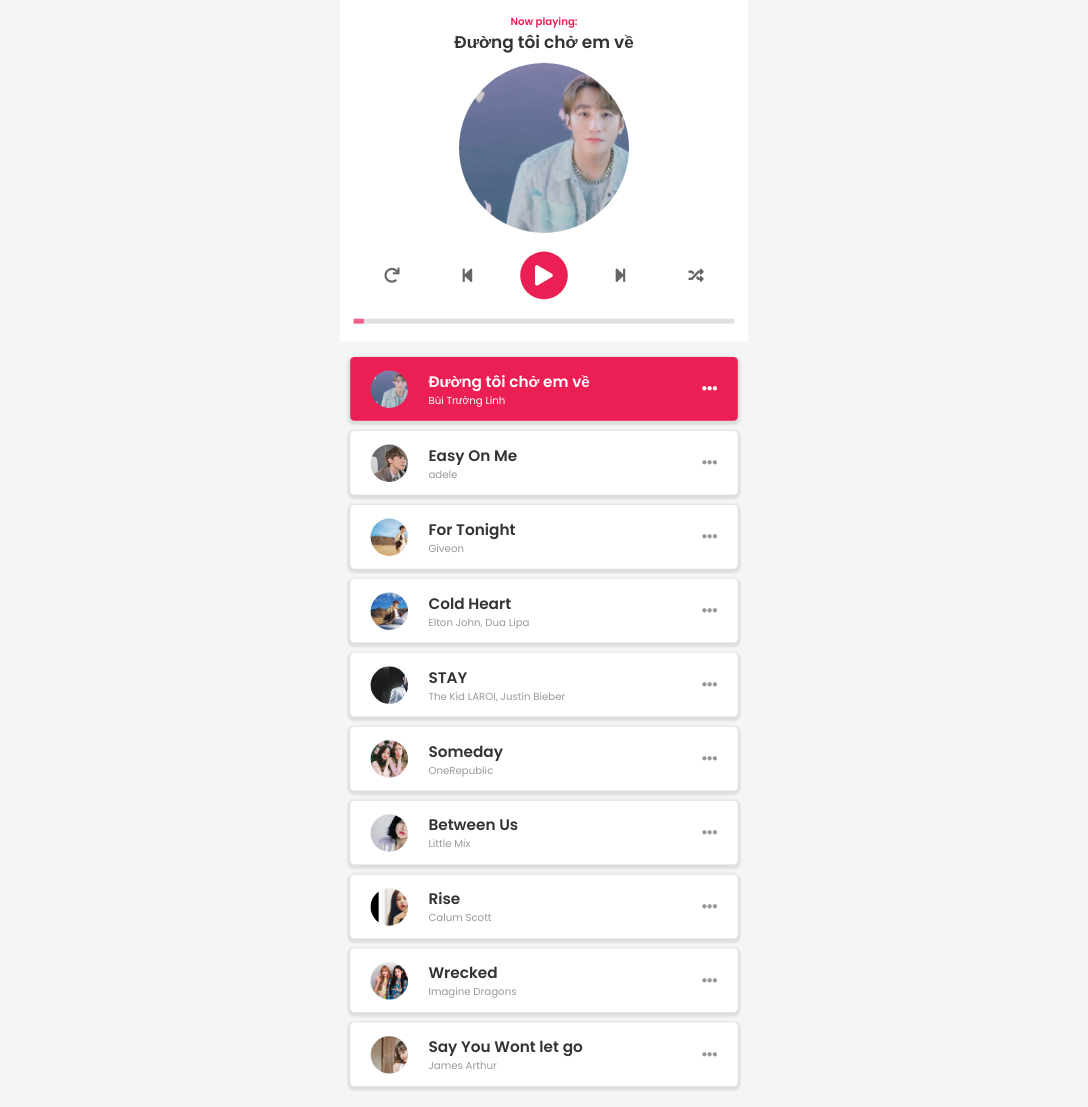
Repository: maivannhan1998/MusicPlayer.github.io
Page: index.html
These files come from the project's save history. The page is drawn as it stood at one moment and after the next save; the edit follows.
The browser window is 1280 px wide. The pictures show the whole page, at 85% of full size.

Above is the page before, as saved 2021-11-11 10:03:22.

### index.html
<!DOCTYPE html>
<html lang="en">
<head>
    <meta charset="UTF-8">
    <meta http-equiv="X-UA-Compatible" content="IE=edge">
    <meta name="viewport" content="width=device-width, initial-scale=1.0">
    <title>Music Play</title>
    <link rel="stylesheet" href="./assets/css/main.css">
    <link rel="stylesheet" href="https://cdnjs.cloudflare.com/ajax/libs/font-awesome/5.15.2/css/all.min.css" integrity="sha512-HK5fgLBL+xu6dm/Ii3z4xhlSUyZgTT9tuc/hSrtw6uzJOvgRr2a9jyxxT1ely+B+xFAmJKVSTbpM/CuL7qxO8w==" crossorigin="anonymous" />
    <link rel="preconnect" href="https://fonts.gstatic.com">
    <link href="https://fonts.googleapis.com/css2?family=Poppins:wght@300;400;600&display=swap" rel="stylesheet">
</head>
<body>
    <div class="player">
        <!-- Dashboard -->
        <div class="dashboard">
          <!-- Header -->
          <header>
            <h4>Now playing:</h4>
            <h2>String 57th & 9th</h2>
          </header>

          <!-- CD -->
          <div class="cd">
            <div class="cd-thumb">
            </div>
          </div>

          <!-- Control -->
          <div class="control">
                <div class="btn btn-repeat">
                    <i class="fas fa-redo"></i>
                </div>
                <div class="btn btn-prev">
                    <i class="fas fa-step-backward"></i>
                </div>
                <div class="btn btn-toggle-play">
                    <i class="fas fa-pause icon-pause"></i>
                    <i class="fas fa-play icon-play"></i>
                </div>
                <div class="btn btn-next">
                    <i class="fas fa-step-forward"></i>
                </div>
                <div class="btn btn-random">
                    <i class="fas fa-random"></i>
                </div>
          </div>

          <input id="progress" class="progress" type="range" value="0" step="1" min="0" max="100">



          <audio id="audio" src=""></audio>
        </div>

        <!-- Playlist -->
        <div class="playlist">

        </div>

    </div>
    <script>
        /*
        1. render song
        2. scroll top
        3. play / pause / seek
        4. cd rotate
        5. next / prev
        6. random
        7. next / repeat when end
        8. active song
        9. scroll active song into view
        10. play song when click
        */

        const $ = document.querySelector.bind(document);
        const $$ = document.querySelectorAll.bind(document);

        // get element
        const cd = $('.cd');
        const cdWidth  = cd.offsetWidth;

        const heading  = $('header h2');
        const cdThumb = $('.cd-thumb');
        const audio = $('#audio');
        const player  = $('.player');

        const playBtn = $('.btn-toggle-play');

        const progress = $('#progress');

        const nextBtn = $('.btn-next');
        const prevBtn = $('.btn-prev');

        const randomBtn = $('.btn-random');

        const repeatBtn = $('.btn-repeat');


        const app = {

        currentIndex: 0,

        isPlaying: false,

        isRandom: false,

        isRepeat: false,

        songs: [
                {
                    name: 'Đường tôi chở em về',
                    singer: 'Bùi Trường Linh',
                    path: './assets/music/song11.mp3',
                    image: './assets/img/img2.jpg'
                }, {
                    name: 'Easy On Me',
                    singer: 'adele',
                    path: './assets/music/song1.mp3',
                    image: './assets/img/img1.jpg'
                }, {
                    name: 'For Tonight',
                    singer: 'Giveon',
                    path: './assets/music/song3.mp3',
                    image: './assets/img/img3.jpg'
                }, {
                    name: 'Cold Heart',
                    singer: 'Elton John, Dua Lipa',
                    path: './assets/music/song4.mp3',
                    image: './assets/img/img4.jpg'
                }, {
                    name: 'STAY',
                    singer: 'The Kid LAROI, Justin Bieber',
                    path: './assets/music/song5.mp3',
                    image: './assets/img/img5.jpg'
                }, {
                    name: 'Someday',
                    singer: 'OneRepublic',
                    path: './assets/music/song6.mp3',
                    image: './assets/img/img6.jpg'
                }, {
                    name: 'Between Us',
                    singer: 'Little Mix',
                    path: './assets/music/song7.mp3',
                    image: './assets/img/img7.jpg'
                }, {
                    name: 'Rise',
                    singer: 'Calum Scott',
                    path: './assets/music/song8.mp3',
                    image: './assets/img/img8.jpg'
                }, {
                    name: 'Wrecked',
                    singer: 'Imagine Dragons',
                    path: './assets/music/song9.mp3',
                    image: './assets/img/img9.jpg'
                }, {
                    name: 'Say You Wont let go',
                    singer: 'James Arthur',
                    path: './assets/music/song10.mp3',
                    image: './assets/img/img10.jpg'
                }
            ],

            render: function(){
                const htmls = this.songs.map((song, index) => {
                    return `
                        <div class="song  ${index === this.currentIndex ? 'active' : '' }">
                            <div class="thumb"
                                style="background-image: url('${song.image}')">
                            </div>
                            <div class="body">
                                <h3 class="title">${song.name}</h3>
                                <p class="author">${song.singer}</p>
                            </div>
                            <div class="option">
                                <i class="fas fa-ellipsis-h"></i>
                            </div>
                        </div>
                    `
                })
                $('.playlist').innerHTML = htmls.join('')
            },




            defineProperties: function(){
                Object.defineProperty(this, 'currentSong', {
                    get: function(){
                        return this.songs[this.currentIndex];
                    }
                })
            },

            handleEvents: function() {
                // handle cd turn / stop
                const cdAnimate =  cd.animate([

                { transform: 'rotate(360deg)' },
                ], {
                duration: 10000,
                iterations: Infinity
                });
                cdAnimate.pause()

                // handle zoom in / zoom out video
                document.onscroll = function () {
                    const scrollTop = window.scrollY || document.documentElement.scrollTop;
                    const newCdWidth = cdWidth - scrollTop;

                    cd.style.width = newCdWidth > 0 ? newCdWidth + 'px' : 0;
                    cd.style.opacity = newCdWidth / cdWidth;
                }

                // handle when click play
                playBtn.onclick = function() {
                    if(app.isPlaying) {
                        audio.pause();
                    }
                    else{
                        audio.play();
                    }




                    // case 2 use toggle
                    // app.isPlaying = !app.isPlaying
                    // // if true : play() ,if false : pause()
                    // app.isPlaying ? audio.play() : audio.pause()
                    // player.classList.toggle('playing',app.isPlaying)
                },

                // when song is paused
                audio.onpause = function() {
                        cdAnimate.pause()
                        app.isPlaying =  false;
                        player.classList.remove('playing');
                }
                    // when song is played
                audio.onplay = function() {
                        cdAnimate.play()
                        app.isPlaying = true;
                        player.classList.add('playing');
                },

                // when the song duration changes
                audio.ontimeupdate = function() {
                    if(audio.duration) {
                        const progressPercent = Math.floor(audio.currentTime / audio.duration * 100);
                        progress.value = progressPercent;
                    }

                },

                // Xử lí khi tua bài hát
                progress.oninput = function(e) {
                    const seekTime  = e.target.value * audio.duration / 100;
                    audio.currentTime = seekTime;
                },



                //  next song
                nextBtn.onclick = function() {
                    if(app.isRandom) {
                        app.playRandomSong()
                    }
                    else {
                        app.nextSong();
                    }
                    audio.play();
                    app.render()
                    app.scrollInToView();

                },

                // backward song
                prevBtn.onclick = function() {
                    if(app.isRandom) {
                        app.playRandomSong()
                    }
                    else {
                        app.prevSong();
                    }
                    audio.play();
                    app.render()
                    app.scrollInToView();

                },

                // turn on / off random
                randomBtn.onclick = function() {
                if(app.isRandom) {
                        app.isRandom = false;
                        randomBtn.classList.remove('active')
                    }
                    else {
                        app.isRandom = true;
                        randomBtn.classList.add('active')
                        }
                    // use toggle
                    // app.isRandom = !app.isRandom;
                    // randomBtn.classList.toggle('active', app.isRandom);
                },

                repeatBtn.onclick = function() {
                    app.isRepeat = !app.isRepeat
                    repeatBtn.classList.toggle('active', app.isRepeat);
                }

                audio.onended = function() {
                    if(app.isRepeat) {
                        audio.play()
                    }
                    else {
                        nextBtn.click();
                    }
                }
            },

            loadCurrentSong: function() {

                heading.innerText = this.currentSong.name;
                cdThumb.style.backgroundImage = `url('${this.currentSong.image}')`;
                audio.src = this.currentSong.path;

            },

            // handle next Song
            nextSong: function() {
                this.currentIndex++;
                if(this.currentIndex >= this.songs.length) {
                    this.currentIndex = 0;
                }
                this.loadCurrentSong();
            },

            prevSong: function() {
                this.currentIndex--;
                if(this.currentIndex < 0) {
                    this.currentIndex = this.songs.length - 1
                }

                this.loadCurrentSong();
            },

            playRandomSong: function() {
                let newSong;
                do {
                    newSong = Math.floor(Math.random() * this.songs.length)
                }
                while(newSong === this.currentIndex)

                this.currentIndex = newSong;
                this.loadCurrentSong();

            },

            scrollInToView: function() {
              setTimeout(function() {
                $('.song.active').scrollIntoView({
                    behavior: 'smooth',
                    block: 'center'

                });
              },200)
            },

            start: function() {
                // Define attributes for Obj
                this.defineProperties();

                // listen / handle events (Dom events)
                this.handleEvents();

                // Load this first song info into UI when running the app
                this.loadCurrentSong();

                // render playlist
                this.render();
            }
        }
        app.start();


    </script>
</body>
</html>

### assets/css/main.css
:root {
  --primary-color: #ec1f55;
  --text-color: #333;
}

* {
  padding: 0;
  margin: 0;
  box-sizing: inherit;
}

body {
  background-color: #f5f5f5;
}

html {
  box-sizing: border-box;
  font-family: "Poppins", sans-serif;
}

.player {
  position: relative;
  max-width: 480px;
  margin: 0 auto;
}

.player .icon-pause {
  display: none;
}

.player.playing .icon-pause {
  display: inline-block;
}

.player.playing .icon-play {
  display: none;
}

.dashboard {
  position: fixed;
  padding: 16px 16px 14px;
  background-color: #fff;
  top: 0;
  width: 100%;
  max-width: 480px;
  border-bottom: 1px solid #ebebeb;
}

header {
  text-align: center;
  margin-bottom: 10px;
}

header h2 {
  color: var(--text-color);
  font-size: 20px;
}

header h4 {
  color: var(--primary-color);
  font-size: 12px;
}

.cd {
  display: flex;
  margin: auto;
  width: 200px;
}

.cd-thumb {
  background-image: url('/assets/img/img10.jpg');
  width: 100%;
  padding-top: 100%;
  border-radius: 50%;
  background-color: #333;
  background-size: cover;
  margin: auto;
}

.control {
  display: flex;
  align-items: center;
  justify-content: space-around;
  padding: 18px 0 8px 0;
}

.control .btn {
  color: #666;
  padding: 18px;
  font-size: 18px;
}

.control .btn.active {
  color: var(--primary-color);
}

.control .btn-toggle-play {
  display: flex;
  align-items: center;
  justify-content: center;
  width: 56px;
  height: 56px;
  border-radius: 50%;
  font-size: 24px;
  color: #fff;
  background-color: var(--primary-color);
}

.progress {
  width: 100%;
  -webkit-appearance: none;
  appearance: none;
  height: 6px;
  background: #d3d3d3;
  outline: none;
  opacity: 0.7;
  -webkit-transition: 0.2s;
  transition:  opacity 0.2s;
}

.progress::-webkit-slider-thumb {
  -webkit-appearance: none;
  appearance: none;
  cursor: pointer;
  background-color: var(--primary-color);
  width: 12px;
  height: 6px;
}

.playlist {
  margin-top: 408px;
  padding: 12px;
}
.song {
  display: flex;
  align-items: center;
  margin-bottom: 12px;
  background-color: #fff;
  padding: 8px 16px;
  border-radius: 5px;
  box-shadow: 0 2px 3px 3px rgba(0, 0, 0, 0.1);
}

.song.active {
  background-color: var(--primary-color);
}

.song:active {
  opacity: 0.8;
}

.song.active .option,
.song.active .author,
.song.active .title {
  color: #fff;
}

.song .thumb {
  width: 44px;
  height: 44px;
  border-radius: 50%;
  background-size: cover;
  margin: 0 8px;
}

.song .body {
  flex: 1;
  padding: 0 16px;
}

.song .title {
  font-size: 18px;
  color: var(--text-color);
}

.song .author {
  font-size: 12px;
  color: #999;
}

  .song .option {
    padding: 16px 8px;
    color: #999;
    font-size: 18px;
  }

After the next save:
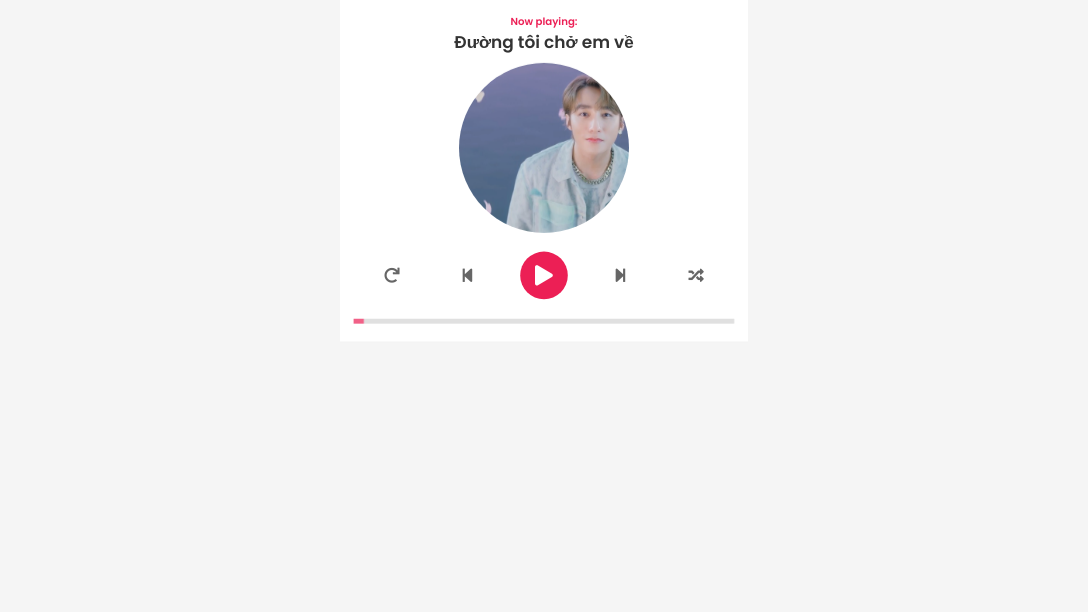
Console error: ReferenceError: playList is not defined
Saved 7 min 42 s later.
--- a/index.html
+++ b/index.html
@@ -178,7 +178,7 @@
                         </div>
                     `
                 })
-                $('.playlist').innerHTML = htmls.join('')
+                playList.innerHTML = htmls.join('')
             },
 
 
@@ -314,6 +314,7 @@
                         audio.play()
                     }
                     else {
+                        // click(): auto click button next
                         nextBtn.click();
                     }
                 }

After the save that followed:
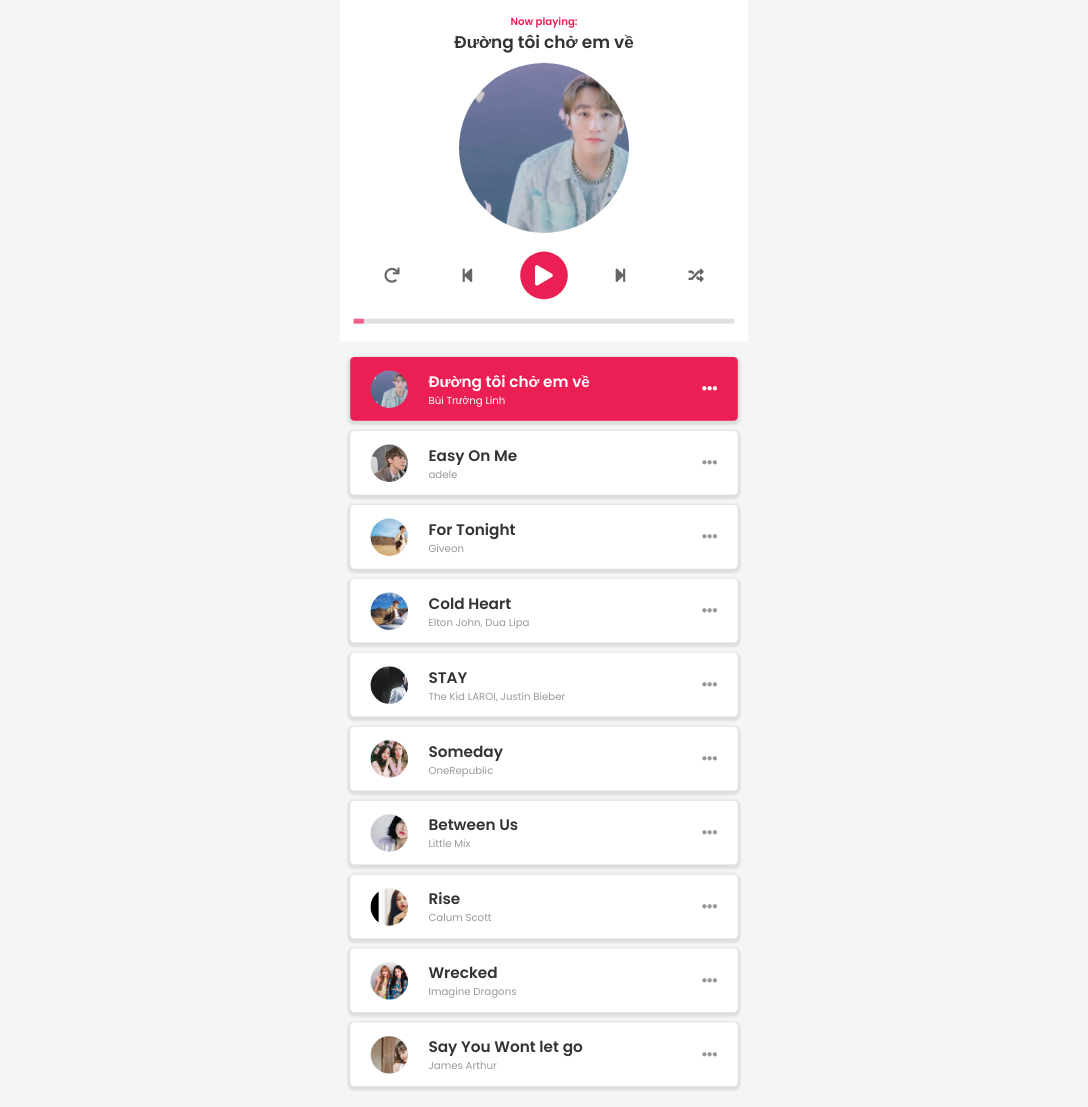
The error is gone.
Saved 16 s later.
--- a/index.html
+++ b/index.html
@@ -96,6 +96,8 @@
 
         const repeatBtn = $('.btn-repeat');
 
+        const playList = $('.playlist');
+
 
         const app = {
 
